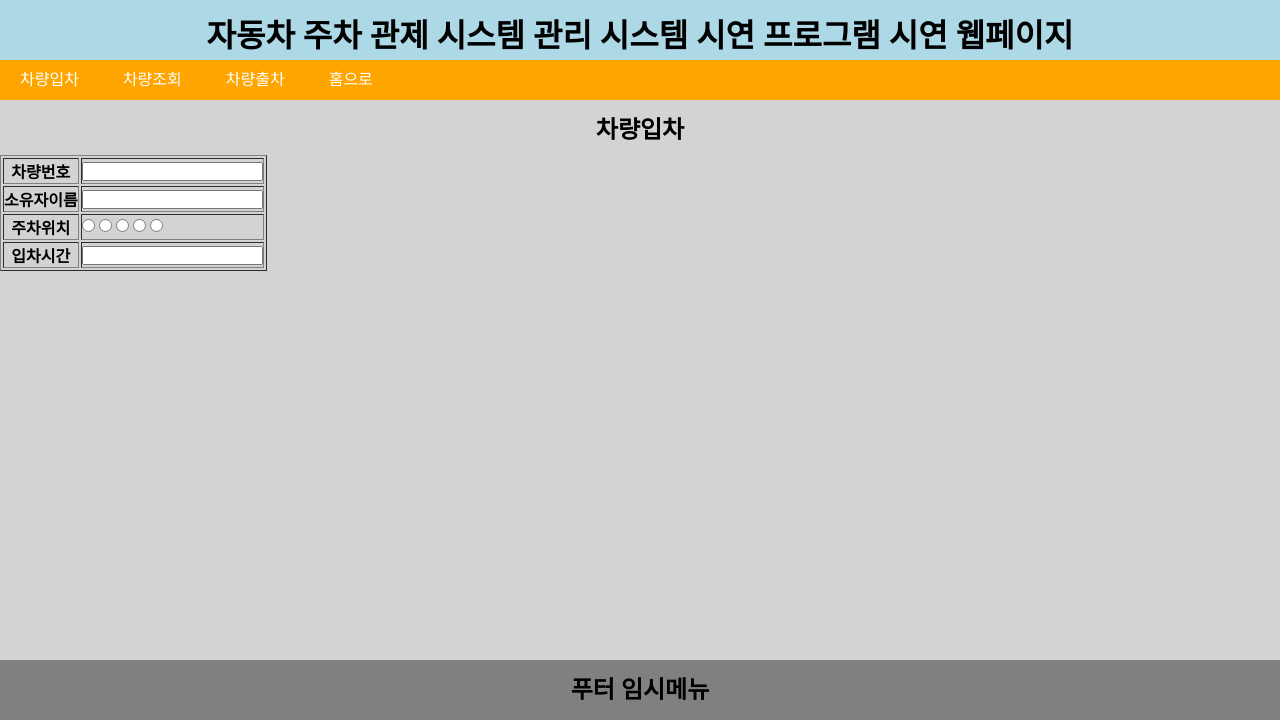
Repository: Ghraminal/mytest
Page: http://localhost/farking/insert.jsp
The author's editor kept a copy of each file at every save. The page is drawn from the files as they stood at one save, then again after the next save.
The browser window is 1280 px wide. The pictures show the whole page.
The page is served by Tomcat 9.

Above is the page before, as saved 2025-08-19 00:43:58.

After the next save:
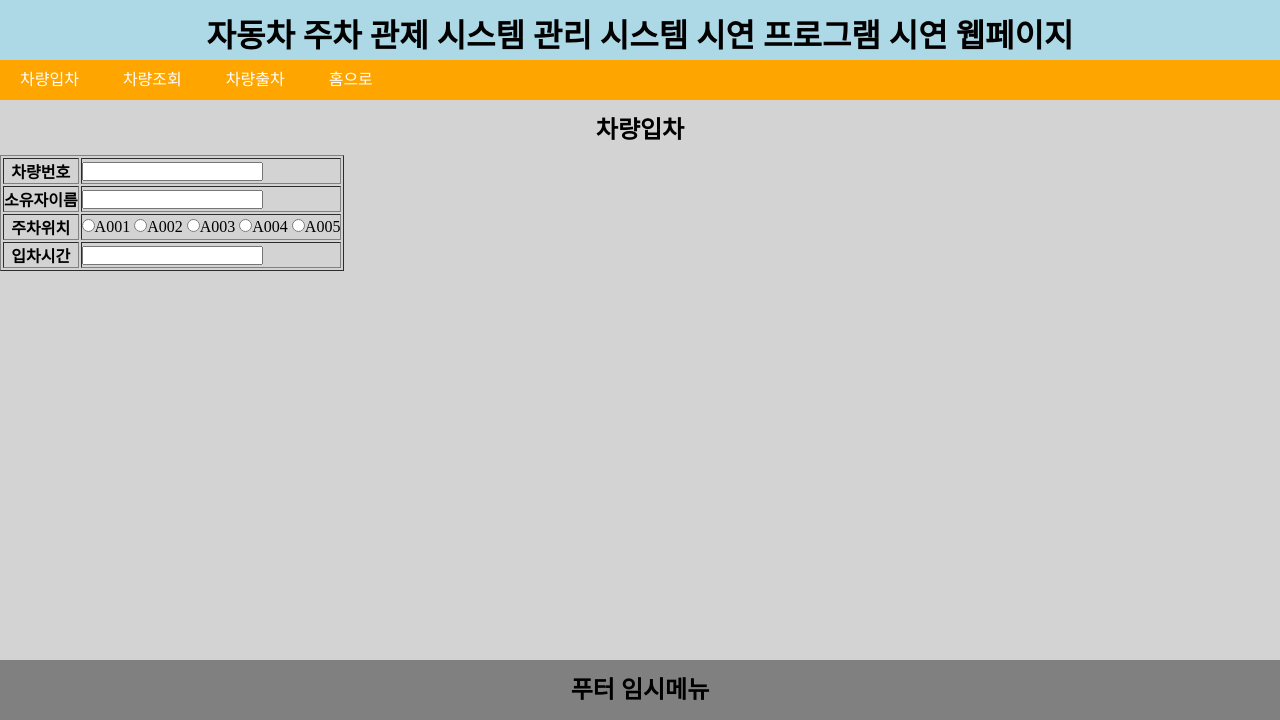
Saved 26 s later.
--- a/farking/src/main/webapp/insert.jsp
+++ b/farking/src/main/webapp/insert.jsp
@@ -45,11 +45,11 @@
 		<tr>
 			<th>주차위치</th>
 			<td>
-			<input type="radio" name="location">
-			<input type="radio" name="location">
-			<input type="radio" name="location">
-			<input type="radio" name="location">
-			<input type="radio" name="location">
+			<input type="radio" name="location">A001
+			<input type="radio" name="location">A002
+			<input type="radio" name="location">A003
+			<input type="radio" name="location">A004
+			<input type="radio" name="location">A005
 			</td>
 		</tr>
 		<tr>
